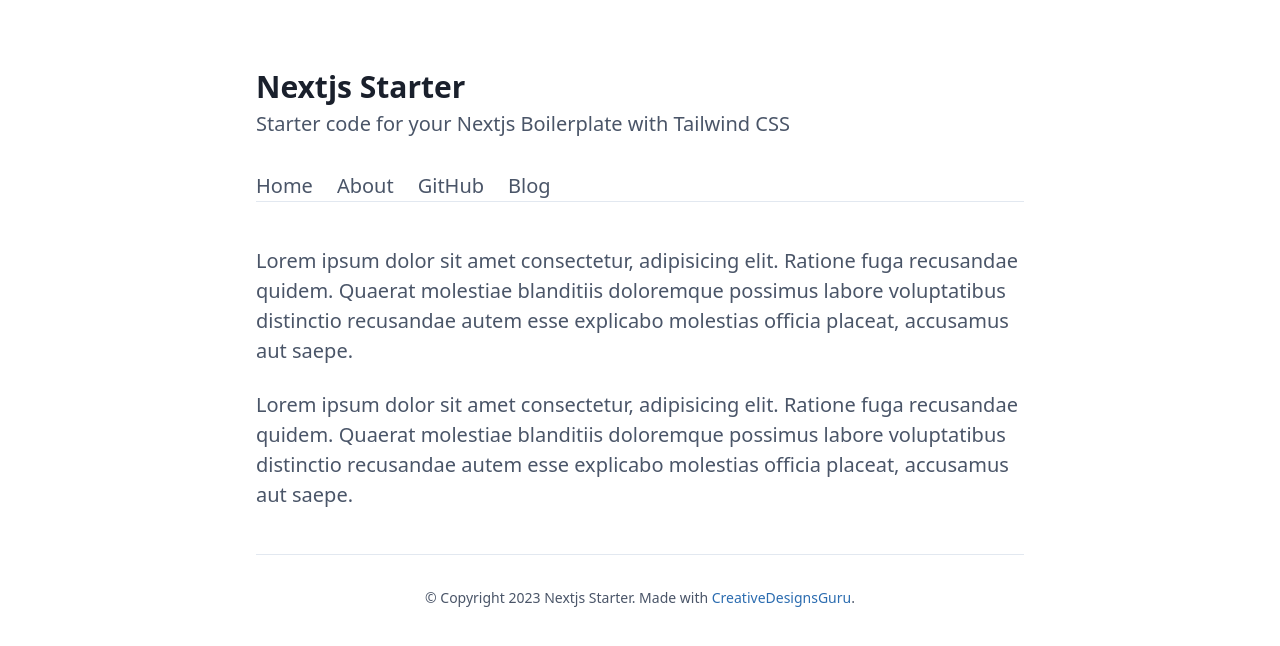
Repository: nambui98/base_nextjs_mui_storybook
Page: /about
These files come from the project's save history. The page is drawn as it stood at one moment and after a run of saves; the edit follows.
The browser window is 1280 px wide. The pictures show the whole page.
The project was rebuilt for these pictures with package versions that can differ from the ones it lists, and the page was loaded fresh each time. The framework's server and built-in components were replaced by stand-ins that run in the browser. Also part of the build but not shown: next.config.js. Imported but missing from the stored project, and not drawn on this page: src/src/createEmotionCache.

Above is the page before, as saved 2023-04-27 01:35:49.

### src/pages/_app.tsx
import '../styles/global.css';

import type { AppProps } from 'next/app';

const MyApp = ({ Component, pageProps }: AppProps) => {

  return  (
  <Component {...pageProps} />
)};

export default MyApp;

### src/pages/about.tsx
import { Meta } from '@/layouts/Meta';
import { Main } from '@/templates/Main';

const About = () => (
  <Main meta={<Meta title="Lorem ipsum" description="Lorem ipsum" />}>
    <p>
      Lorem ipsum dolor sit amet consectetur, adipisicing elit. Ratione fuga
      recusandae quidem. Quaerat molestiae blanditiis doloremque possimus labore
      voluptatibus distinctio recusandae autem esse explicabo molestias officia
      placeat, accusamus aut saepe.
    </p>
    <p>
      Lorem ipsum dolor sit amet consectetur, adipisicing elit. Ratione fuga
      recusandae quidem. Quaerat molestiae blanditiis doloremque possimus labore
      voluptatibus distinctio recusandae autem esse explicabo molestias officia
      placeat, accusamus aut saepe.
    </p>
  </Main>
);

export default About;

### src/layouts/Meta.tsx
import Head from 'next/head';
import { useRouter } from 'next/router';
import { NextSeo } from 'next-seo';

import { AppConfig } from '@/utils/AppConfig';

type IMetaProps = {
  title: string;
  description: string;
  canonical?: string;
};

const Meta = (props: IMetaProps) => {
  const router = useRouter();

  return (
    <>
      <Head>
        <meta charSet="UTF-8" key="charset" />
        <meta
          name="viewport"
          content="width=device-width,initial-scale=1"
          key="viewport"
        />
        <link
          rel="apple-touch-icon"
          href={`${router.basePath}/apple-touch-icon.png`}
          key="apple"
        />
        <link
          rel="icon"
          type="image/png"
          sizes="32x32"
          href={`${router.basePath}/favicon-32x32.png`}
          key="icon32"
        />
        <link
          rel="icon"
          type="image/png"
          sizes="16x16"
          href={`${router.basePath}/favicon-16x16.png`}
          key="icon16"
        />
        <link
          rel="icon"
          href={`${router.basePath}/favicon.ico`}
          key="favicon"
        />
      </Head>
      <NextSeo
        title={props.title}
        description={props.description}
        canonical={props.canonical}
        openGraph={{
          title: props.title,
          description: props.description,
          url: props.canonical,
          locale: AppConfig.locale,
          site_name: AppConfig.site_name,
        }}
      />
    </>
  );
};

export { Meta };

### src/templates/Main.tsx
import Link from 'next/link';
import type { ReactNode } from 'react';

import { AppConfig } from '@/utils/AppConfig';

type IMainProps = {
  meta: ReactNode;
  children: ReactNode;
};

const Main = (props: IMainProps) => (
  <div className="w-full px-1 text-gray-700 antialiased">
    {props.meta}

    <div className="mx-auto max-w-screen-md">
      <header className="border-b border-gray-300">
        <div className="pb-8 pt-16">
          <h1 className="text-3xl font-bold text-gray-900">
            {AppConfig.title}
          </h1>
          <h2 className="text-xl">{AppConfig.description}</h2>
        </div>
        <nav>
          <ul className="flex flex-wrap text-xl">
            <li className="mr-6">
              <Link
                href="/"
                className="border-none text-gray-700 hover:text-gray-900"
              >
                Home
              </Link>
            </li>
            <li className="mr-6">
              <Link
                href="/about/"
                className="border-none text-gray-700 hover:text-gray-900"
              >
                About
              </Link>
            </li>
            <li className="mr-6">
              <a
                className="border-none text-gray-700 hover:text-gray-900"
                href="https://github.com/ixartz/Next-js-Boilerplate"
              >
                GitHub
              </a>
            </li>
            <li className="mr-6">
              <Link
                href="/blog/"
                className="border-none text-gray-700 hover:text-gray-900"
              >
                Blog
              </Link>
            </li>
          </ul>
        </nav>
      </header>

      <main className="content py-5 text-xl">{props.children}</main>

      <footer className="border-t border-gray-300 py-8 text-center text-sm">
        © Copyright {new Date().getFullYear()} {AppConfig.title}. Made with{' '}
        <a href="https://creativedesignsguru.com">CreativeDesignsGuru</a>.
        {/*
         * PLEASE READ THIS SECTION
         * I'm an indie maker with limited resources and funds, I'll really appreciate if you could have a link to my website.
         * The link doesn't need to appear on every pages, one link on one page is enough.
         * For example, in the `About` page. Thank you for your support, it'll mean a lot to me.
         */}
      </footer>
    </div>
  </div>
);

export { Main };

Loaded but not shown: src/pages/_document.tsx (common file); src/styles/global.css (common file); src/utils/AppConfig.ts (common file); tailwind.config.js (common file)

After the next 3 saves:
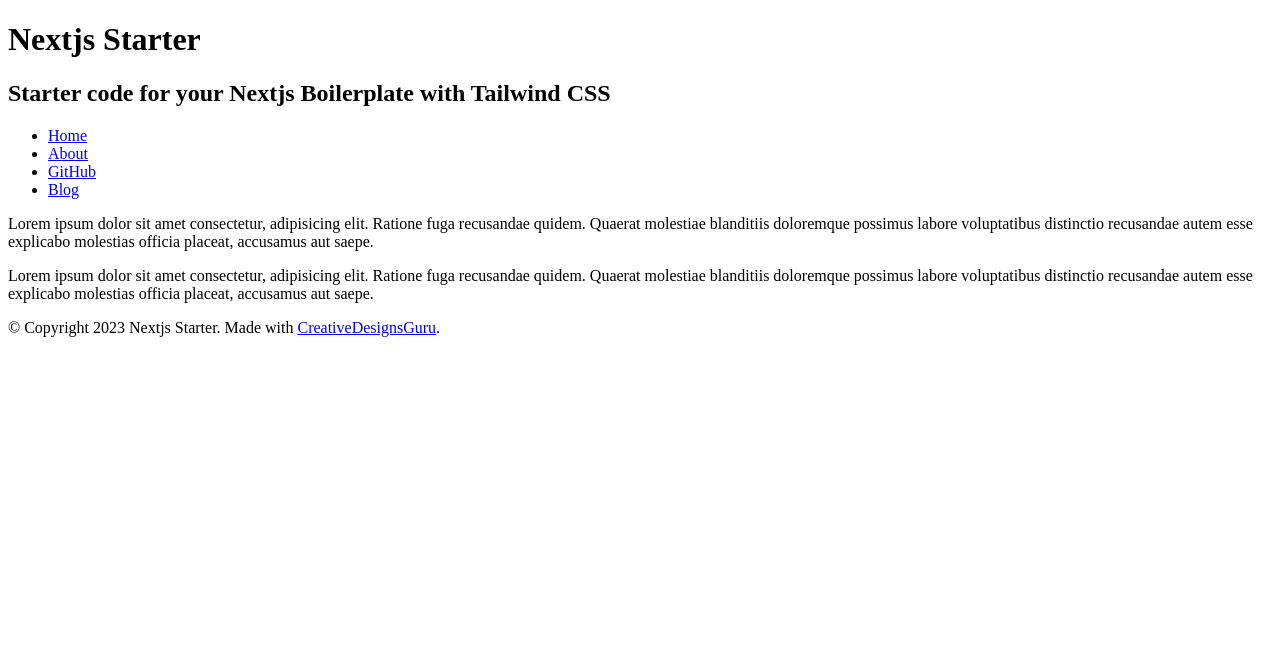
The 3 saves are shown as one change because 2 did not build or start.
The last was saved 53 s later.
--- a/src/pages/_app.tsx
+++ b/src/pages/_app.tsx
@@ -1,9 +1,20 @@
-import '../styles/global.css';
+import * as React from 'react';
+import Head from 'next/head';
+import { AppProps } from 'next/app';
+import { ThemeProvider } from '@mui/material/styles';
+import CssBaseline from '@mui/material/CssBaseline';
+import { CacheProvider, EmotionCache } from '@emotion/react';
+import theme from '../src/theme';
+import createEmotionCache from '../src/createEmotionCache';
 
 import type { AppProps } from 'next/app';
+const clientSideEmotionCache = createEmotionCache();
 
-const MyApp = ({ Component, pageProps }: AppProps) => {
-
+export interface MyAppProps extends AppProps {
+  emotionCache?: EmotionCache;
+}
+const MyApp = (props: AppProps) => {
+ const { Component, emotionCache = clientSideEmotionCache, pageProps } = props;
   return  (
   <Component {...pageProps} />
 )};
